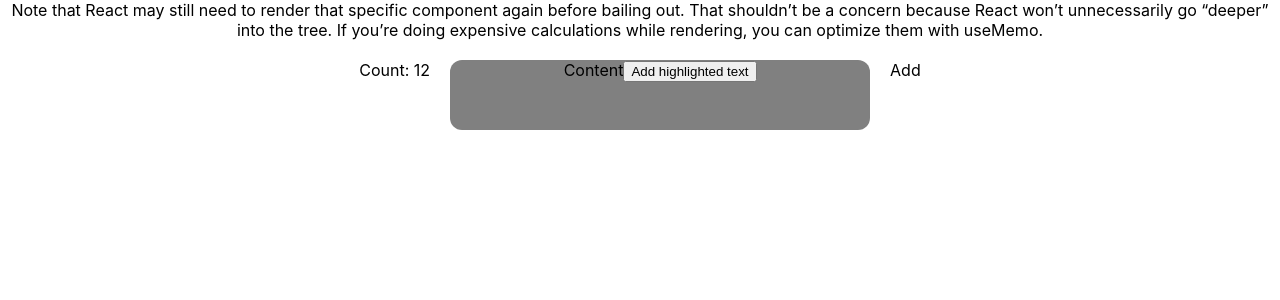
Repository: Farbod29/React-text-highlighter-with-hook-
Page: /
These files come from the project's save history. The page is drawn as it stood at one moment and after a run of saves; the edit follows.
The browser window is 1280 px wide. The pictures show the whole page.
The project was rebuilt for these pictures with package versions that can differ from the ones it lists, and the page was loaded fresh each time.

Above is the page before, as saved 2022-02-18 21:14:05.

After the next 2 saves:
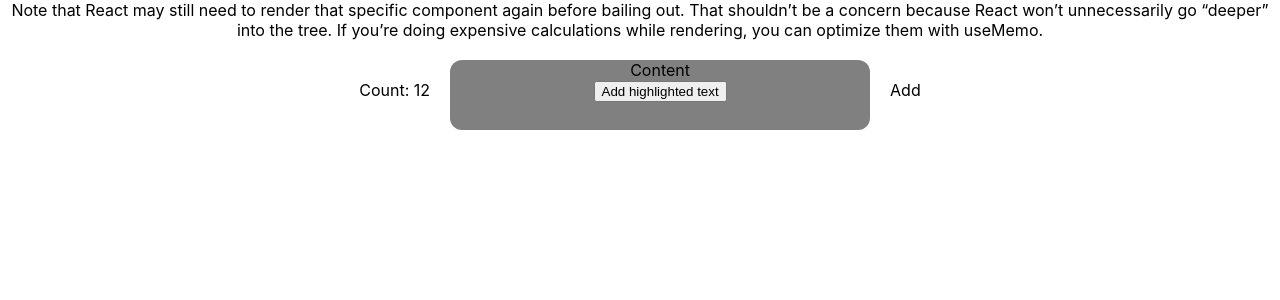
The 2 saves are shown as one change because 1 did not build or start.
The last was saved 10 s later.
--- a/src/highlighter.js
+++ b/src/highlighter.js
@@ -32,9 +32,9 @@ export default function Highlighter() {
         }}
       >
         Content
-        <>
+        <div style={{ padding: '10' }}>
           <button onClick={() => setCount(12)}> Add highlighted text </button>
-        </>
+        </div>
       </div>
       Add {doit()}
     </>
